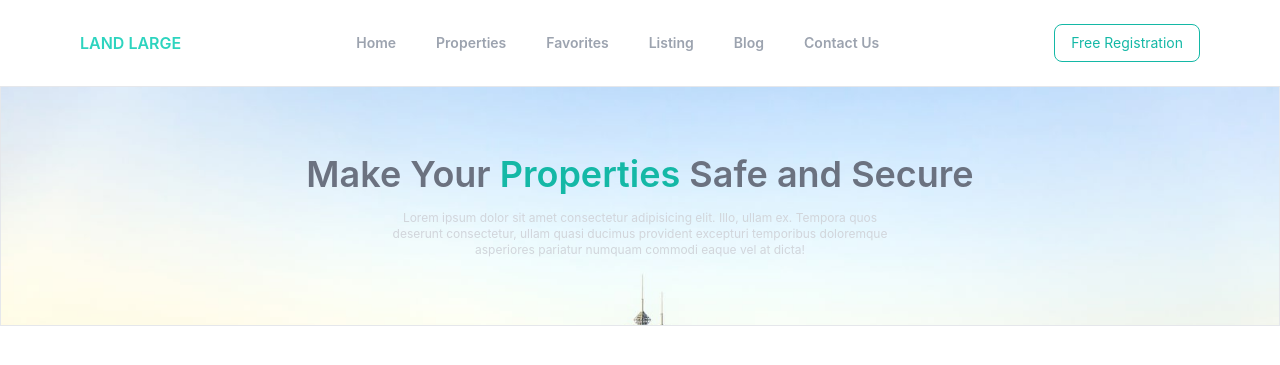
Repository: MuniruIssah/realestate
Page: /
These files come from the project's save history. The page is drawn as it stood at one moment and after the next save; the edit follows.
The browser window is 1280 px wide. The pictures show the whole page.
The project was rebuilt for these pictures with package versions that can differ from the ones it lists, and the page was loaded fresh each time. Also part of the build but not shown: src/App.css.

Above is the page before, as saved 2022-02-19 21:59:05.

### src/App.js
import logo from './logo.svg';
import './App.css';
import Header from './components/Header';
import Jumbotron from './components/Jumbotron';

function App() {
  return (
    <div className="h-screen">
      <Header/>
      <Jumbotron/>

    </div>
  );
}

export default App;

### src/components/Header.js
import React from "react";
const links = [
  "Home",
  "Properties",
  "Favorites",
  "Listing",
  "Blog",
  "Contact Us",
];
const Header = () => {
  return (
    <div className="flex justify-between items-center px-3 lg:px-20 py-6">
      <span className="uppercase text-teal-400  font-semibold">land large</span>
      <div className="hidden lg:flex space-x-10 items-center">
        {links.map((link, index) => (
          <LinkItem key={index} name={link} />
        ))}
      </div>
      <button className="text-teal-500 border border-teal-500 rounded rounded-lg py-2 px-4 text-sm">
          Free Registration
      </button>
    </div>
  );
};

export default Header;

const LinkItem = ({ name }) => {
  return (
    <a href="#" className="text-gray-400 hover:text-teal-500 font-semibold text-sm">
      {name}
    </a>
  );
};

### src/components/Jumbotron.js
import React from "react";
import building from "../assets/building_cloud.jpg";
const Jumbotron = () => {
  return (
    <div
      style={{ backgroundImage: `url(${building})` }}
      className="h-1/3 flex flex-col justify-center items-center space-y-4 w-full border  bg-no-repeat bg-cover "
    >
      <span className="lg:text-4xl text-gray-500 text-center font-semibold">
        Make Your <span className="text-teal-500">Properties</span> Safe and
        Secure
      </span>
      <p className="text-gray-300 text-xs text-center max-w-lg">
        Lorem ipsum dolor sit amet consectetur adipisicing elit. Illo, ullam ex.
        Tempora quos deserunt consectetur, ullam quasi ducimus provident
        excepturi temporibus doloremque asperiores pariatur numquam commodi
        eaque vel at dicta!
      </p>
    </div>
  );
};

export default Jumbotron;

Loaded but not shown: public/index.html (common file); src/index.js (common file); src/index.css (common file); src/reportWebVitals.js (common file); tailwind.config.js (common file)

After the next save:
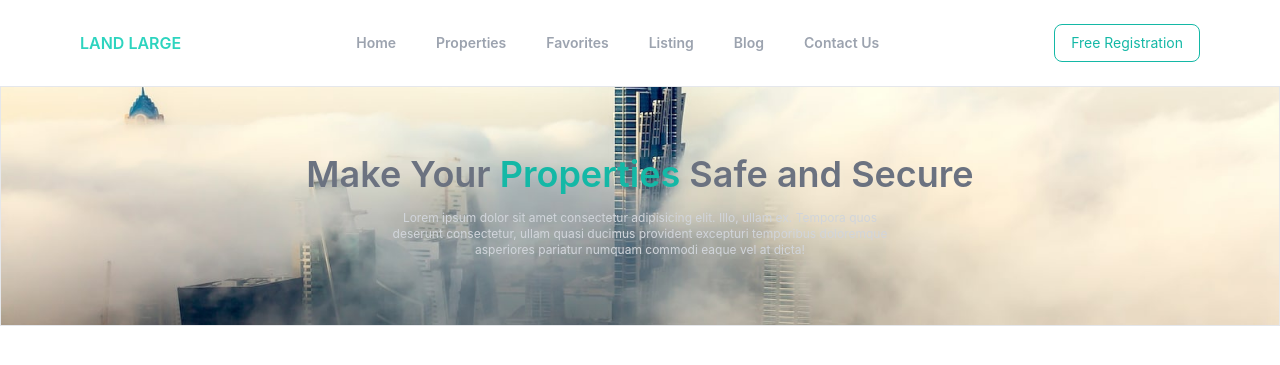
Saved 10 s later.
--- a/src/components/Jumbotron.js
+++ b/src/components/Jumbotron.js
@@ -4,7 +4,7 @@
   return (
     <div
       style={{ backgroundImage: `url(${building})` }}
-      className="h-1/3 flex flex-col justify-center items-center space-y-4 w-full border  bg-no-repeat bg-cover "
+      className="h-1/3 flex flex-col justify-center items-center space-y-4 w-full border  bg-no-repeat bg-cover bg-center"
     >
       <span className="lg:text-4xl text-gray-500 text-center font-semibold">
         Make Your <span className="text-teal-500">Properties</span> Safe and

After the save that followed:
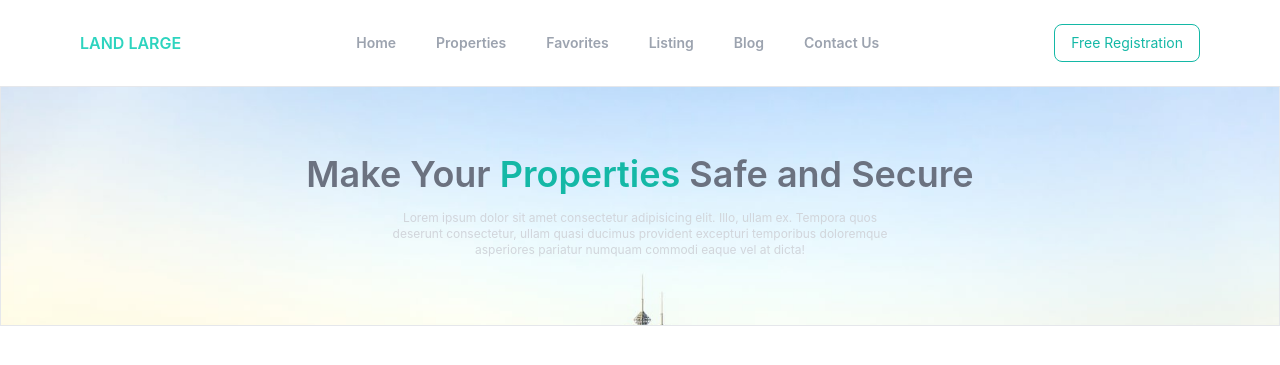
Saved 43 s later.
--- a/src/components/Jumbotron.js
+++ b/src/components/Jumbotron.js
@@ -4,7 +4,7 @@
   return (
     <div
       style={{ backgroundImage: `url(${building})` }}
-      className="h-1/3 flex flex-col justify-center items-center space-y-4 w-full border  bg-no-repeat bg-cover bg-center"
+      className="h-1/3 flex flex-col justify-center items-center space-y-4 w-full border  bg-no-repeat bg-cover bg-right-top"
     >
       <span className="lg:text-4xl text-gray-500 text-center font-semibold">
         Make Your <span className="text-teal-500">Properties</span> Safe and
